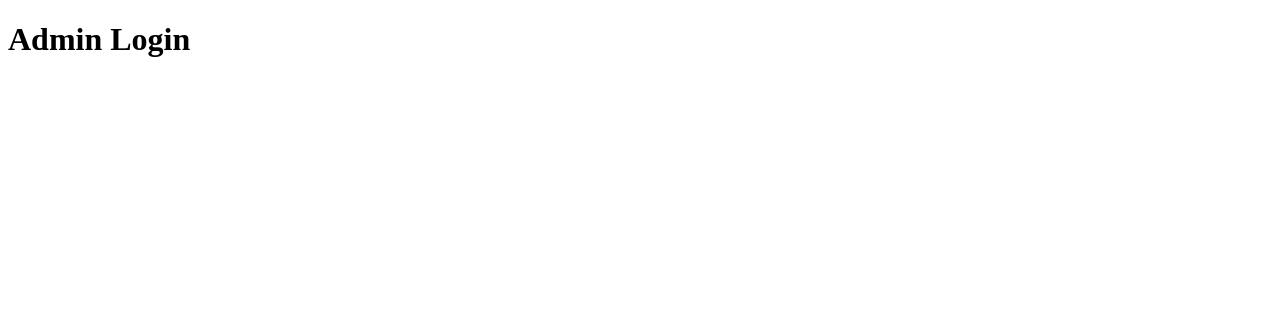
Repository: abhibagul/SimpliLearn-LearnersAcademy-Project
Page: LeanerAcademyProject/src/main/webapp/admin.html
The author's editor kept a copy of each file at every save. The page is drawn from the files as they stood at one save, then again after the next save.
The browser window is 1280 px wide. The pictures show the whole page.

Above is the page before, as saved 2023-01-10 11:20:57.

After the next save:
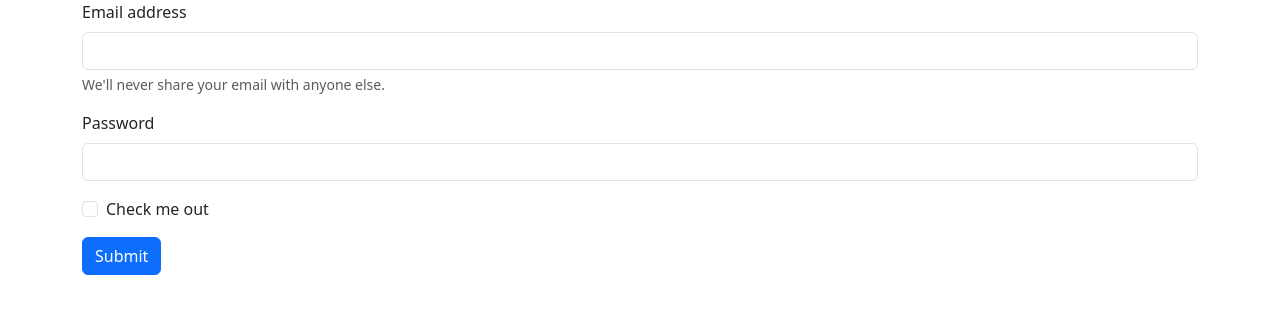
Saved 113 s later.
--- a/LeanerAcademyProject/src/main/webapp/admin.html
+++ b/LeanerAcademyProject/src/main/webapp/admin.html
@@ -3,8 +3,28 @@
 <head>
 <meta charset="ISO-8859-1">
 <title>Admin Login</title>
+<link href="https://cdn.jsdelivr.net/npm/bootstrap@5.3.0-alpha1/dist/css/bootstrap.min.css" rel="stylesheet">
 </head>
 <body>
- <h1>Admin Login</h1>
+
+<div class="container">
+<form>
+  <div class="mb-3">
+    <label for="exampleInputEmail1" class="form-label">Email address</label>
+    <input type="email" class="form-control" id="exampleInputEmail1" aria-describedby="emailHelp">
+    <div id="emailHelp" class="form-text">We'll never share your email with anyone else.</div>
+  </div>
+  <div class="mb-3">
+    <label for="exampleInputPassword1" class="form-label">Password</label>
+    <input type="password" class="form-control" id="exampleInputPassword1">
+  </div>
+  <div class="mb-3 form-check">
+    <input type="checkbox" class="form-check-input" id="exampleCheck1">
+    <label class="form-check-label" for="exampleCheck1">Check me out</label>
+  </div>
+  <button type="submit" class="btn btn-primary">Submit</button>
+</form>
+</div>
+
 </body>
 </html>
